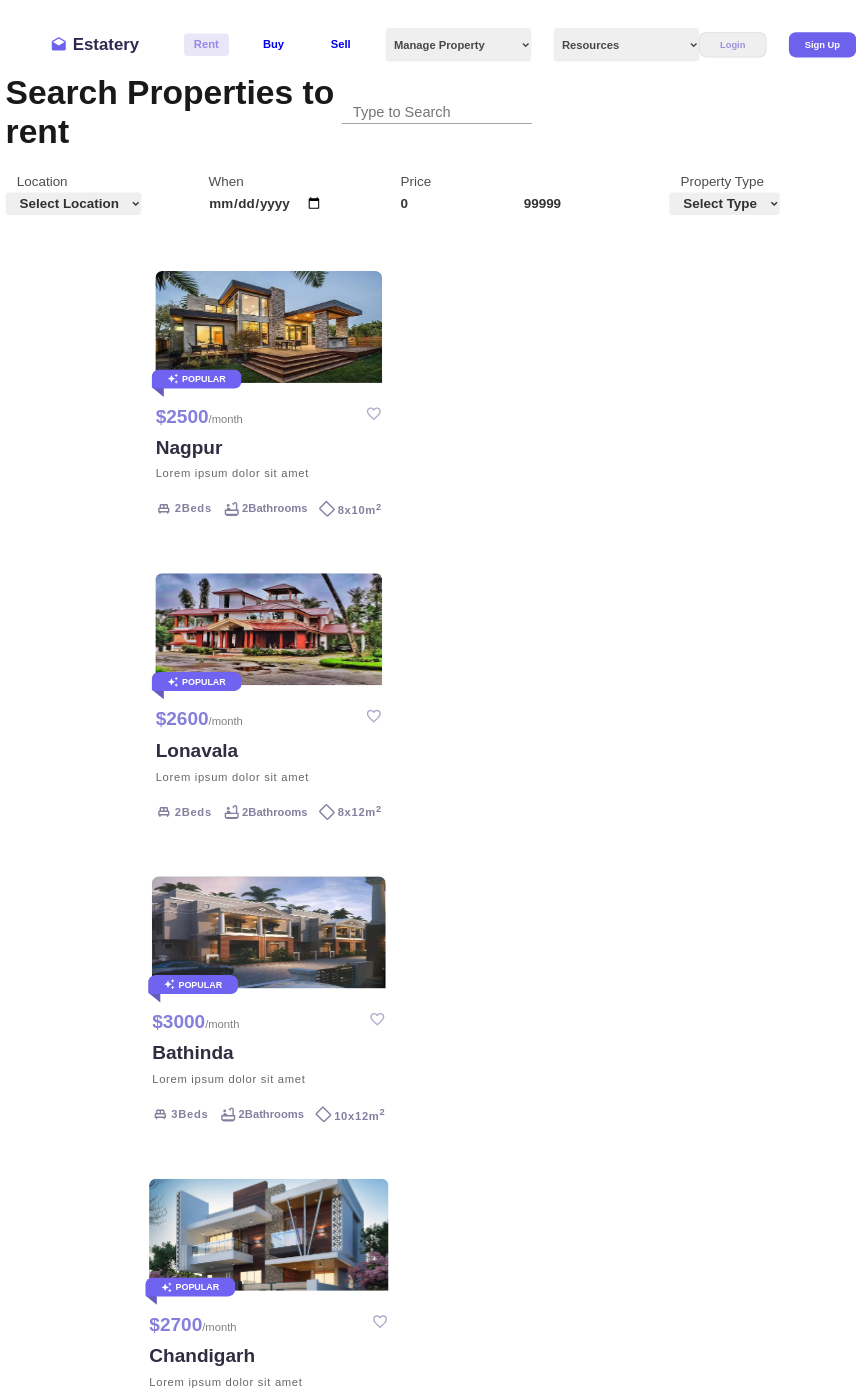
Repository: kapil4457/Reunion-Internship-Assignment
Page: /
These files come from the project's save history. The page is drawn as it stood at one moment and after the next save; the edit follows.
The browser window is 768 px wide. The page is 1223 px wide, so the pictures cover 1223 px, including what lies to the right of the window. The pictures show the part of the page from y = 0 to 2000 px (the page is 4823 px tall before and 4887 px after), at 70% of full size.
The project was rebuilt for these pictures with package versions that can differ from the ones it lists, and the page was loaded fresh each time. Also part of the build but not shown: src/App.css.

Above is the page before, as saved 2022-10-07 21:01:05.

After the next save:
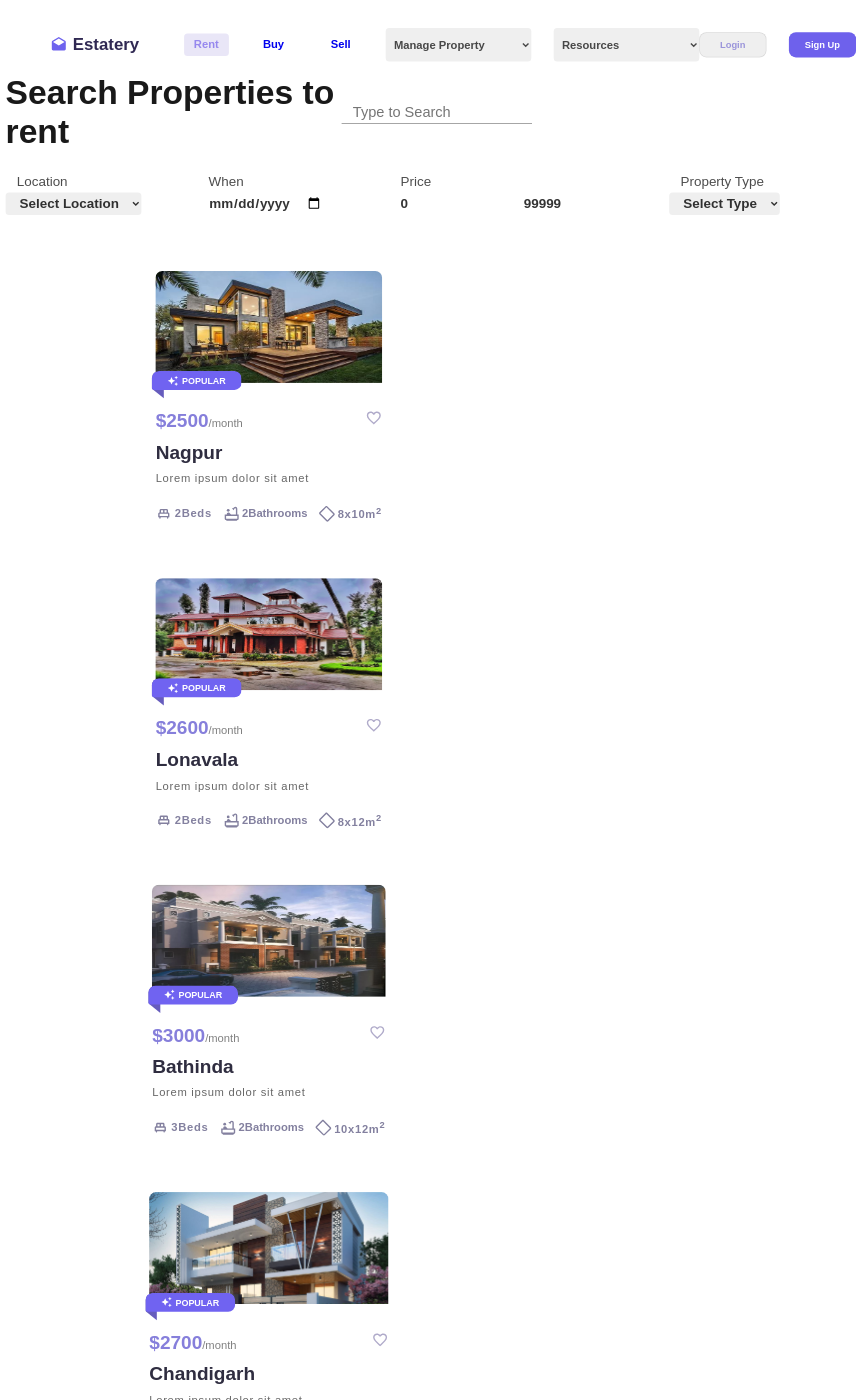
Saved 7 s later.
--- a/src/components/RentCard/RentCard.css
+++ b/src/components/RentCard/RentCard.css
@@ -131,7 +131,7 @@ overflow: hidden;
 
     .rent-card-info{
         padding:0;
-        padding-top:2rem;
+        padding-top:2.4rem;
     }
 
     .purple-tag{
